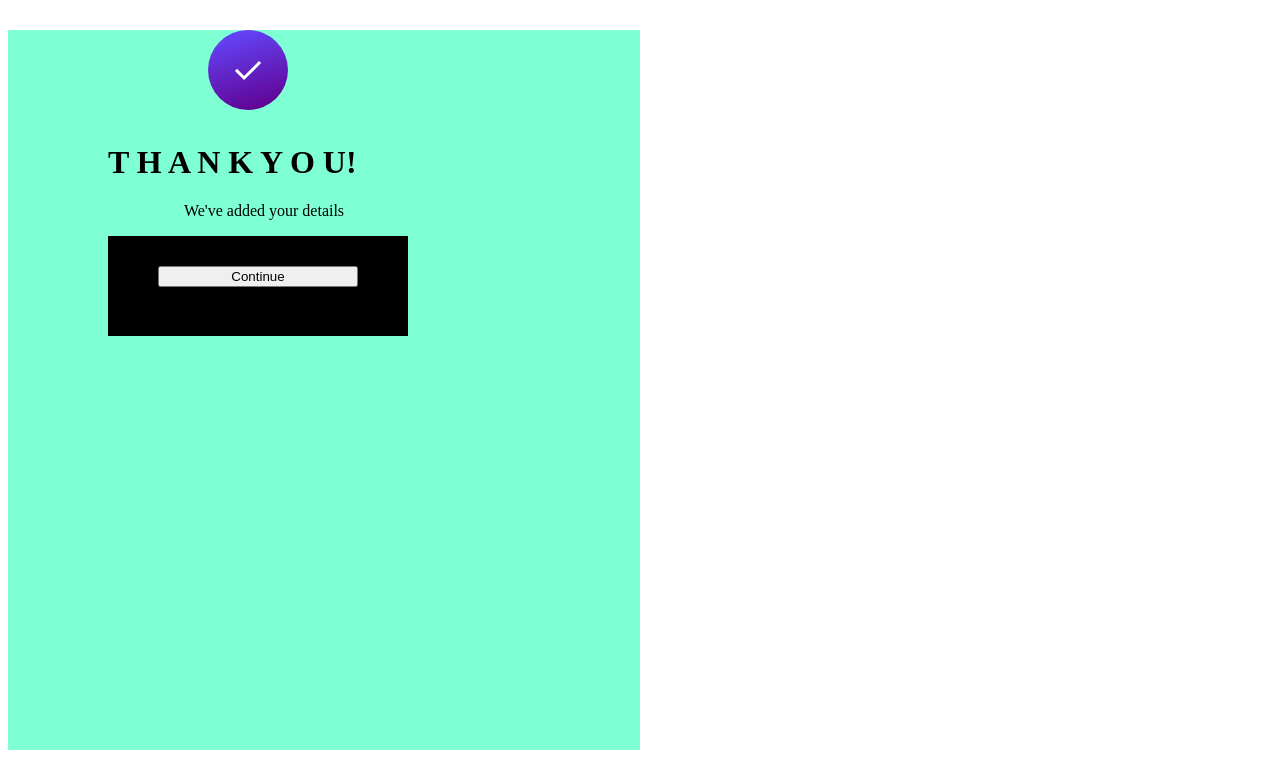
Repository: Abhi2359/frontendchallenge-1
Page: /
An editor plug-in stored every save of this project. The page is shown before and after a run of saves, followed by the edit.
The browser window is 1280 px wide. The pictures show the whole page.
The project was rebuilt for these pictures with package versions that can differ from the ones it lists, and the page was loaded fresh each time. Also part of the build but not shown: src/components/Cards/Card1.css, src/components/Cards/Card1.js, src/components/Cards/Card2.css, src/components/Cards/Card2.js, src/components/Layout/Layout.js.

Above is the page before, as saved 2023-02-15 17:32:10.

### src/App.js

import Compelete from "./components/Add/Compelete";
import Layout from "./components/Layout/Layout";


function App() {
  return (
    <div className="App">

      <Compelete/>
    {/*
      <Layout/>
      <Added/>

    <Card1/>
    */}

    </div>
  );
}

export default App;

### src/components/Add/Compelete.js
import React from 'react'
import {ReactComponent as Add} from './icon-complete.svg'
import './Compelete.css'

function Compelete() {
  return (
    <div class="Complete">
      <div class="icon">
        <Add/>
      </div>
      <h1>T H A N K Y O U!</h1>
      <div class="para">
        <p>We've added your details</p>
      </div>
      <div class="btn">
        <button>Continue</button>
      </div>
    </div>
  )
}

export default Compelete

### src/components/Add/Compelete.css
.Complete{
    height: 100vh;
    width: 50%;
    background-color: aquamarine;

}

.icon{
   margin: 30px;
   margin-left: 200px;
}

.para{
    text-align: center;
    margin-right: 120px;
}
.btn{
    margin-left: 100px;
    width: 300px;
    background-color: black;
    height: 100px;
}

.btn button{
  margin-left: 50px;
  margin-top: 30px;
  width: 200px;
}

### src/components/Layout/layout.css
.layout{

    margin: 0;
    padding: 0;
    height: 100vh;
}
.partitions
{
    height: 100%;
display: flex;
flex-wrap: wrap;
flex-direction: row;
justify-content: space-between;
}

.partition1{
    background-image: linear-gradient(to right bottom, #340505, #3b0d16, #431521, #4a1d2c, #502638, #52273b, #53283e, #552941, #53223d, #511a38, #4f1234, #4d072f);

height: 100vh;
flex-grow: 3;
color: white;
width: 40%;

}

.partition2{
background-color: rgb(243, 242, 242);
 height: 100vh;
flex-grow: 8;
display: flex;
align-items: center;
justify-content: center;
}

.Form{
    margin-left: 80px;

}

.Form input{
    margin: 5px;
    height: 35px;
    margin-top: 10px;
    margin-bottom: 20px;

}

.card_holder{
    width: 300px;
    border: 1px solid gray;
    border-radius: 5px;
}
.card_number{
    width: 300px;
    border: 1px solid gray;
    border-radius: 5px;
}
label{
    font-size: 12px;
    font-weight: bold;
    padding-left: 10px;
}



.cvc{
    margin-left: 40px;
}

.number{
    width: 60px;
    border: 1px solid gray;
    border-radius: 5px;
}
#cvc{
    width: 140px;
    border: 1px solid gray;
    border-radius: 5px;
}
 .button{
    width: 300px;
    margin-left: 10px;
    background-color: black;
    color: white;
    height: 40px;
    border-radius: 5px;
 }

.partitiion1 ,h1{
margin-left: 100px;
}

.card1{
    margin-top: 20px;
    margin-left: 100px;
}

.card2{
    margin-top: 20px;
    margin-left: 80px;
}

Loaded but not shown: public/index.html (common file); src/index.js (common file)

After the next 5 saves:
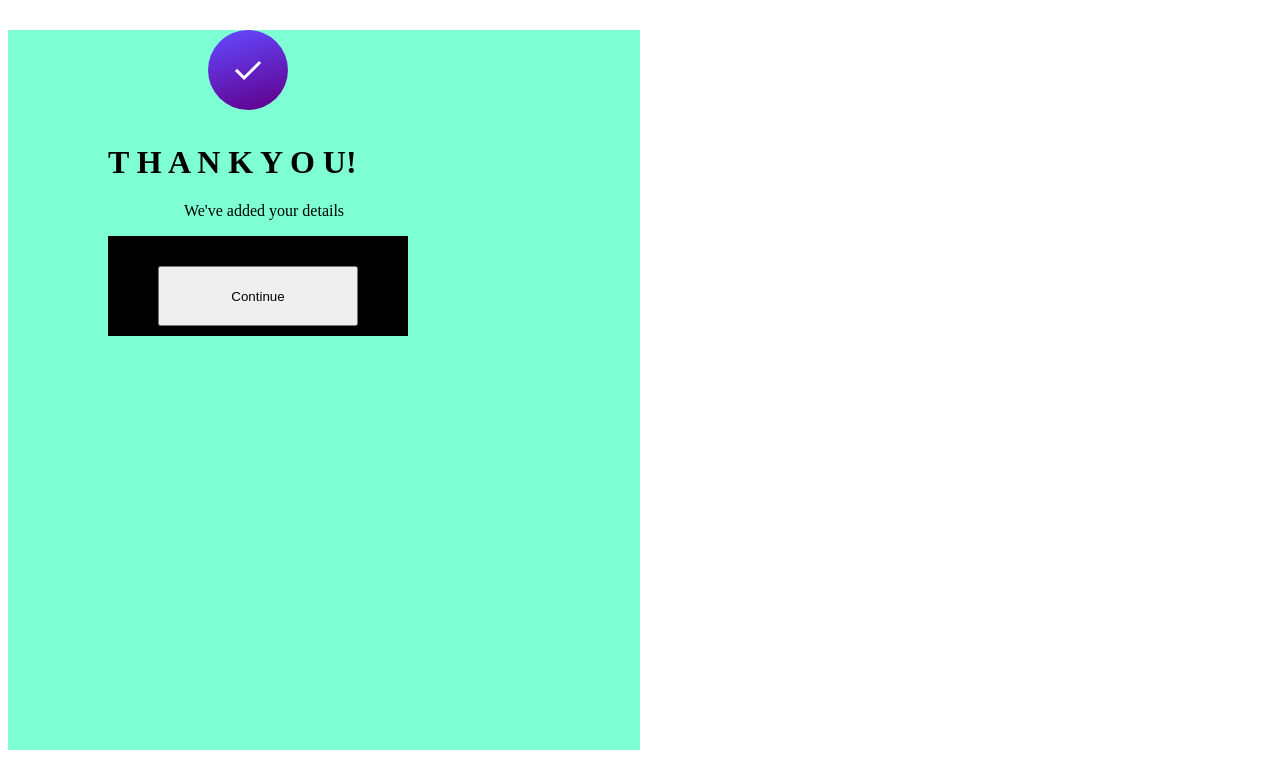
The 5 saves are shown as one change because they came seconds apart.
The last was saved 16 s later.
--- a/src/components/Add/Compelete.css
+++ b/src/components/Add/Compelete.css
@@ -25,4 +25,5 @@
   margin-left: 50px;
   margin-top: 30px;
   width: 200px;
+  height: 60px;
 }
